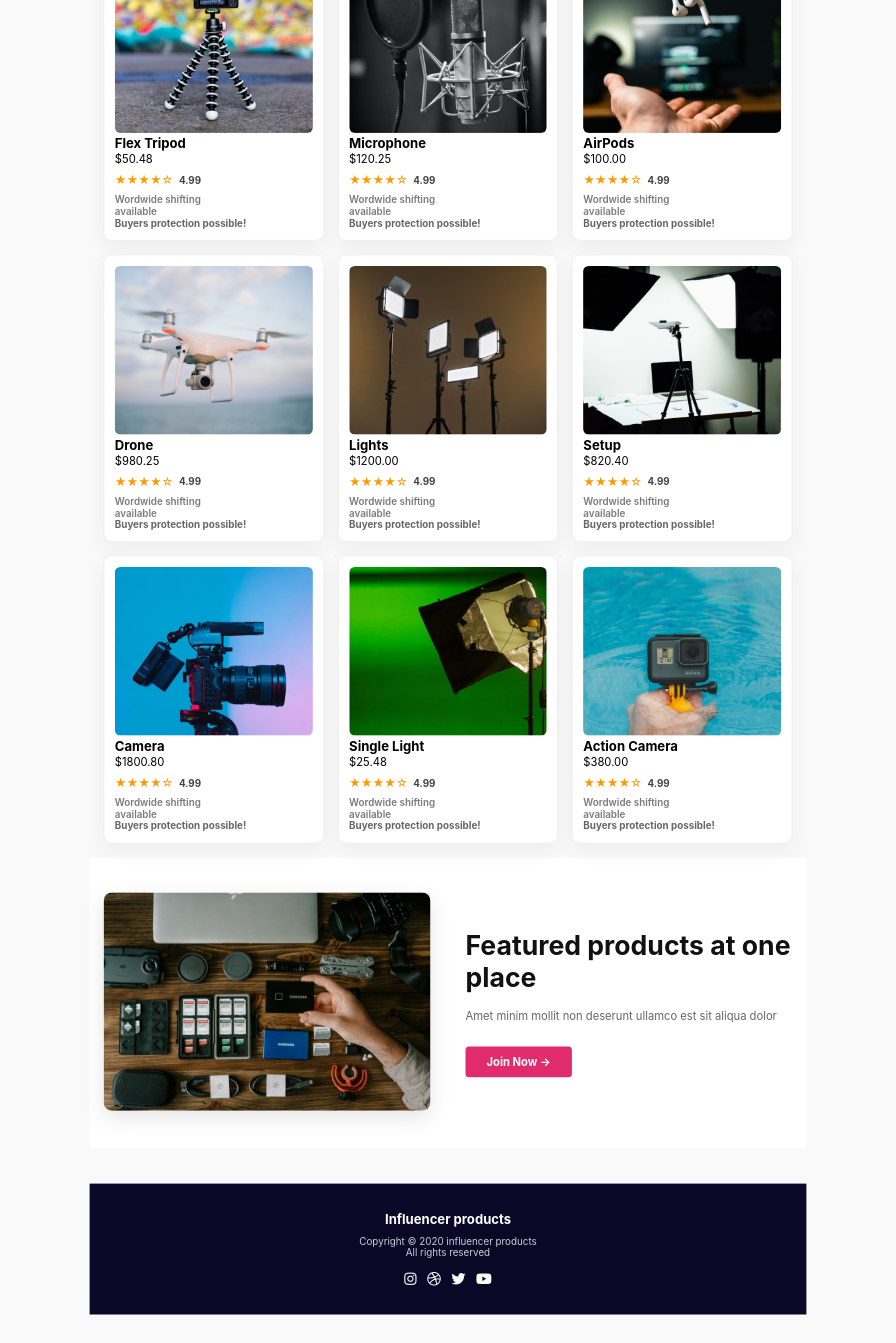
Repository: Saiful21Islam/Influencer-products
Page: it.html
The author's editor kept a copy of each file at every save. The page is drawn from the files as they stood at one save, then again after a run of saves.
The browser window is 1280 px wide. The pictures show the part of the page from y = 1087 to 3007 px (the page is 3005 px tall before and 3007 px after), at 70% of full size.

Above is the page before, as saved 2026-03-11 11:07:03.

After the next 4 saves:
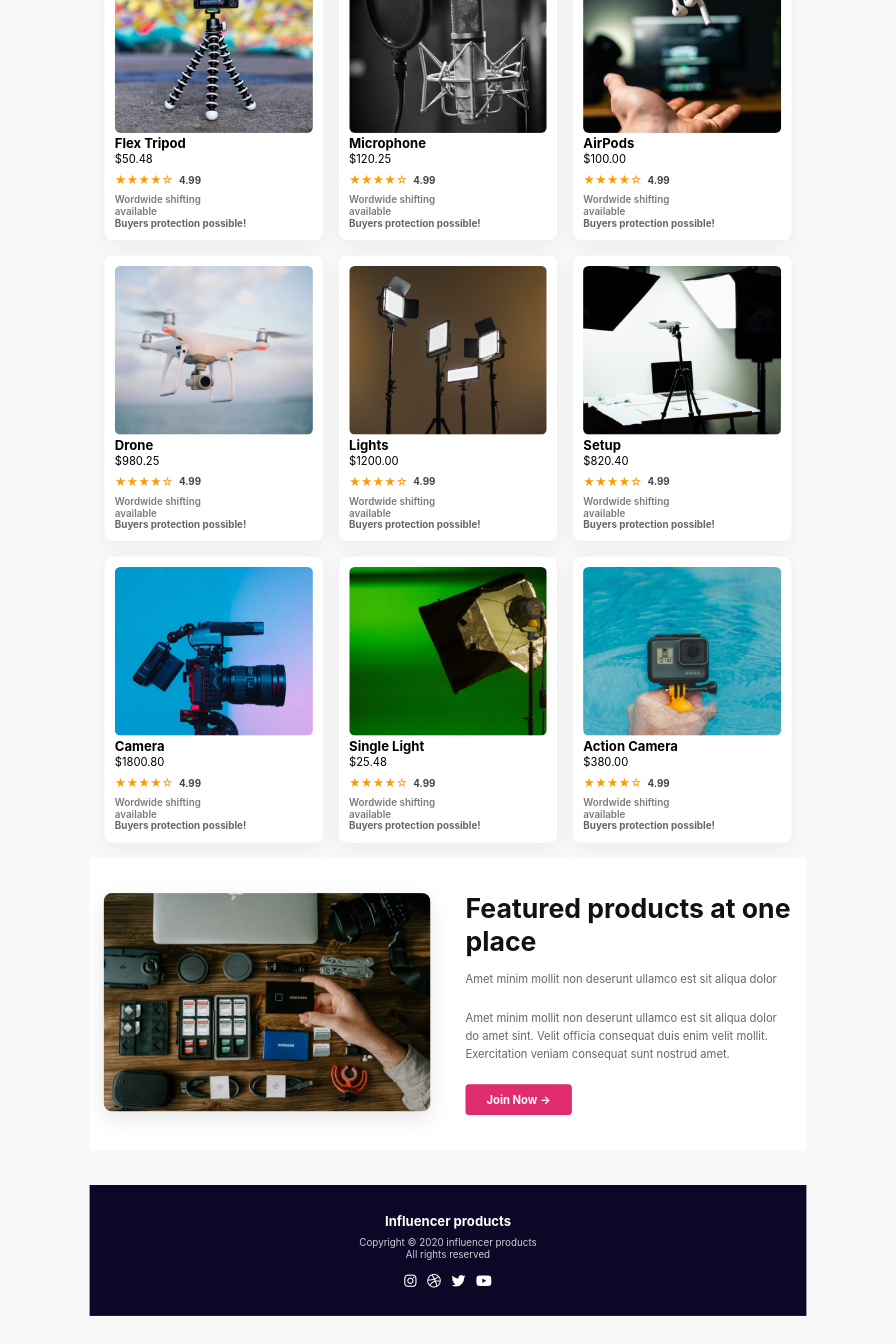
The 4 saves are shown as one change because they came seconds apart.
The last was saved 11 s later.
--- a/it.html
+++ b/it.html
@@ -290,6 +290,7 @@
         <div class="featured-content">
             <h2>Featured products at one place</h2>
             <p>Amet minim mollit non deserunt ullamco est sit aliqua dolor</p>
+            <p>Amet minim mollit non deserunt ullamco est sit aliqua dolor do amet sint. Velit officia consequat duis enim velit mollit. Exercitation veniam consequat sunt nostrud amet.</p>
             <a href="#" class="join-btn">Join Now &rarr;</a>
         </div>
     </div>
